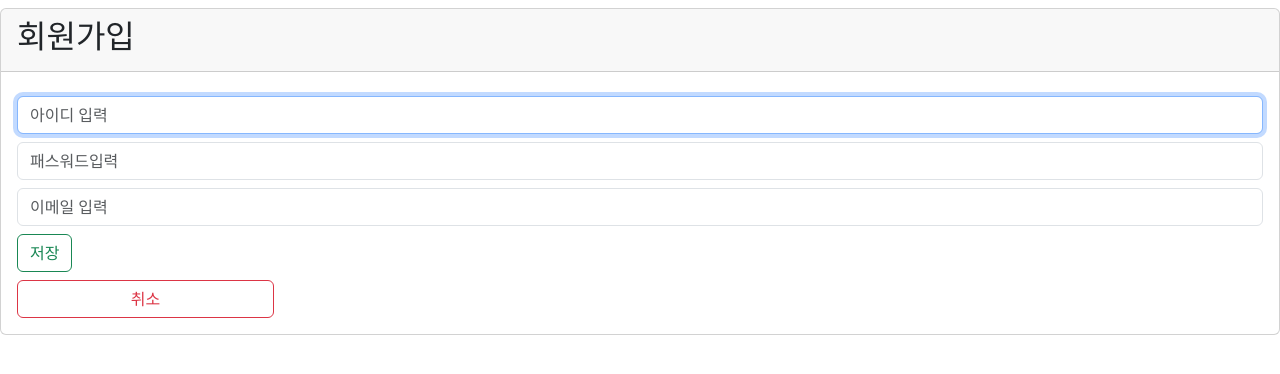
Repository: ldj0905/javaproject
Page: http://localhost/lab05_jsp/user/signup
The author's editor kept a copy of each file at every save. The page is drawn from the files as they stood at one save, then again after the next save.
The browser window is 1280 px wide. The pictures show the whole page.
The page is served by Tomcat 10.

Above is the page before, as saved 2024-05-30 09:57:03.

After the next save:
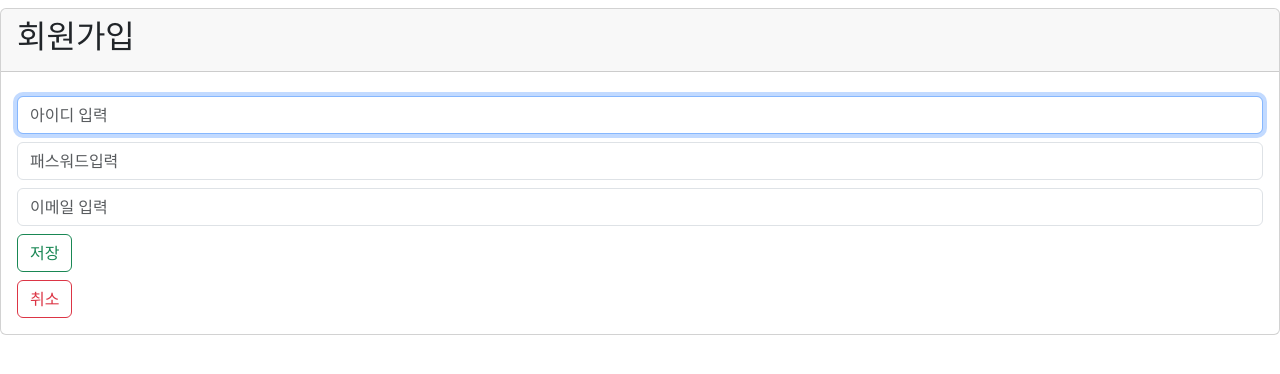
Saved 5 s later.
--- a/lab05_jsp/src/main/webapp/WEB-INF/views/user/signup.jsp
+++ b/lab05_jsp/src/main/webapp/WEB-INF/views/user/signup.jsp
@@ -44,7 +44,7 @@
                             type="submit" value="저장" />
                     <div class="mt-2">
                         <input class="btn btn-outline-danger"
-                            type="submint" value="취소"/>
+                            type="submit" value="취소"/>
                     </div>
                     </div>
                 </form>
